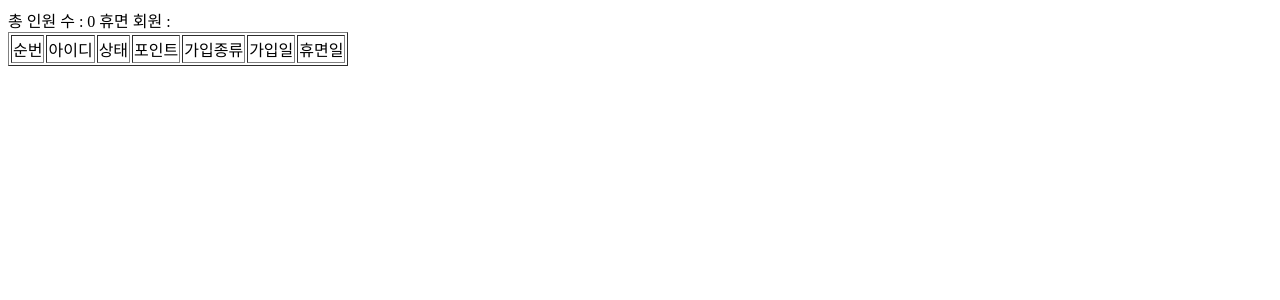
Repository: giljjong/Semi
Page: http://localhost/SemiProject/WEB-INF/views/admin/list.jsp
These files come from the project's save history. The page is drawn as it stood at one moment and after the next save; the edit follows.
The browser window is 1280 px wide. The pictures show the whole page.
The page is served by Tomcat 9. Nobody is signed in. Other server files are loaded and not shown. The template is opened directly, without the code that normally fills it, so the values that code supplies are empty.

Above is the page before, as saved 2022-11-24 05:50:52.

### SemiProject/src/main/webapp/WEB-INF/views/admin/list.jsp
<%@ page language="java" contentType="text/html; charset=UTF-8"
    pageEncoding="UTF-8"%>
<%@ taglib uri="http://java.sun.com/jsp/jstl/core" prefix="c" %>
<c:set var="contextPath" value="${pageContext.request.contextPath}"></c:set>
<!DOCTYPE html>
<html>
<head>
<meta charset="UTF-8">
<title>Insert title here</title>
<script src="${contextPath}/resources/js/jquery-3.6.1.min.js"></script>
</head>
<body>
	<div>
		<span>총 인원 수 : ${userCnt + sleepUserCnt}</span>
		<span>휴면 회원 : ${sleepUserCnt}</span>
		<table border="1">
			<thead>
				<tr>
					<td>순번</td>
					<td>아이디</td>
					<td>상태</td>
					<td>포인트</td>
					<td>가입종류</td>
					<td>가입일</td>
					<td>휴면일</td>
				</tr>
			</thead>
			<tbody>
				<c:forEach items="${users}" var="user">
					<tr>
						<td>${user.userNo}</td>
						<td>${user.id}</td>
						<td>정상회원</td>
						<td>${user.point}</td>
						<td>${user.snsType}</td>
						<td>${user.joinDate}</td>
						<td></td>
					</tr>
				</c:forEach>
				<c:forEach items="${sleepUsers}" var="sleepU">
					<tr>
						<td>${sleepU.userNo}</td>
						<td>${sleepU.id}</td>
						<td>휴면회원</td>
						<td>${sleepU.point}</td>
						<td>${sleepU.snsType}</td>
						<td>${sleepU.joinDate}</td>
						<td>${sleepU.sleepDate}</td>
					</tr>
				</c:forEach>
			</tbody>
		</table>
	</div>
</body>
</html>

Loaded but not shown: SemiProject/src/main/webapp/resources/js/jquery-3.6.1.min.js (library)

After the next save:
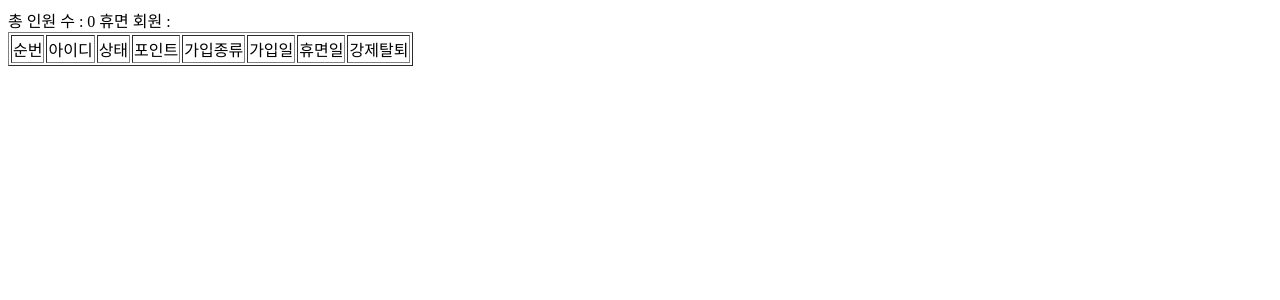
Saved 38 s later.
--- a/SemiProject/src/main/webapp/WEB-INF/views/admin/list.jsp
+++ b/SemiProject/src/main/webapp/WEB-INF/views/admin/list.jsp
@@ -23,6 +23,7 @@
 					<td>가입종류</td>
 					<td>가입일</td>
 					<td>휴면일</td>
+					<td>강제탈퇴</td>
 				</tr>
 			</thead>
 			<tbody>
